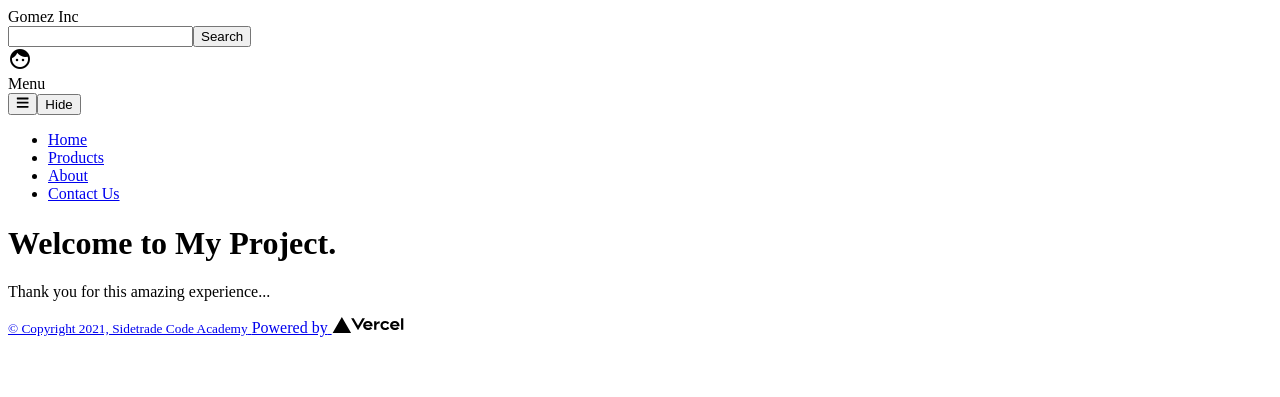
Repository: olajameze/code-academy-next-app
Page: /
These files come from the project's save history. The page is drawn as it stood at one moment and after the next save; the edit follows.
The browser window is 1280 px wide. The pictures show the whole page.
The page's requests for data from a server got no answer. The project was rebuilt for these pictures with package versions that can differ from the ones it lists, and the page was loaded fresh each time. The framework's server and built-in components were replaced by stand-ins that run in the browser. No one was signed in, and anything a server would have sent is missing. Also part of the build but not shown: next.config.js, components/product.tsx.

Above is the page before, as saved 2021-09-23 00:31:44.

After the next save:
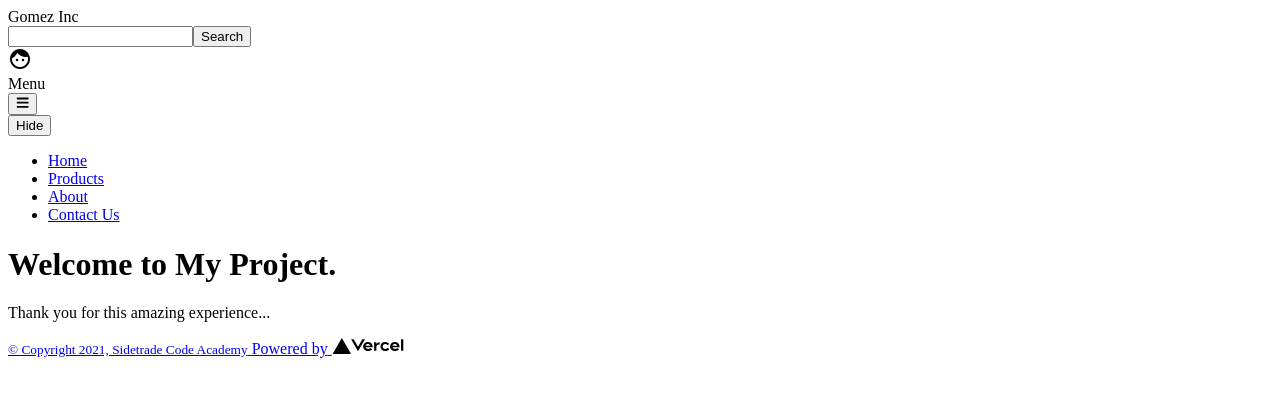
Saved 102 s later.
--- a/components/sidebar.tsx
+++ b/components/sidebar.tsx
@@ -36,10 +36,9 @@ const Navbar = () => {
                             <button>
                                 <FaIcons.FaBars onClick={showSidebar} />
                             </button>
+                        </div>
 
-                            <button onClick={() => setShow(false)}>Hide</button>
-
-                        </div>
+                        <button onClick={() => setShow(false)}>Hide</button>
 
                         <div className="font-normal md:font-bold rounded-md bg-red-500-opacity-75 border-solid border-4 border-blue-500 border-opacity-25 hover:bg-purple-500 text-center truncate text-white no-underline hover:underline">
                             <ul>
@@ -58,7 +57,3 @@ const Navbar = () => {
 };
 
 export default Navbar;
-
-function setShow(arg0: boolean): void {
-    throw new Error('Function not implemented.');
-}
